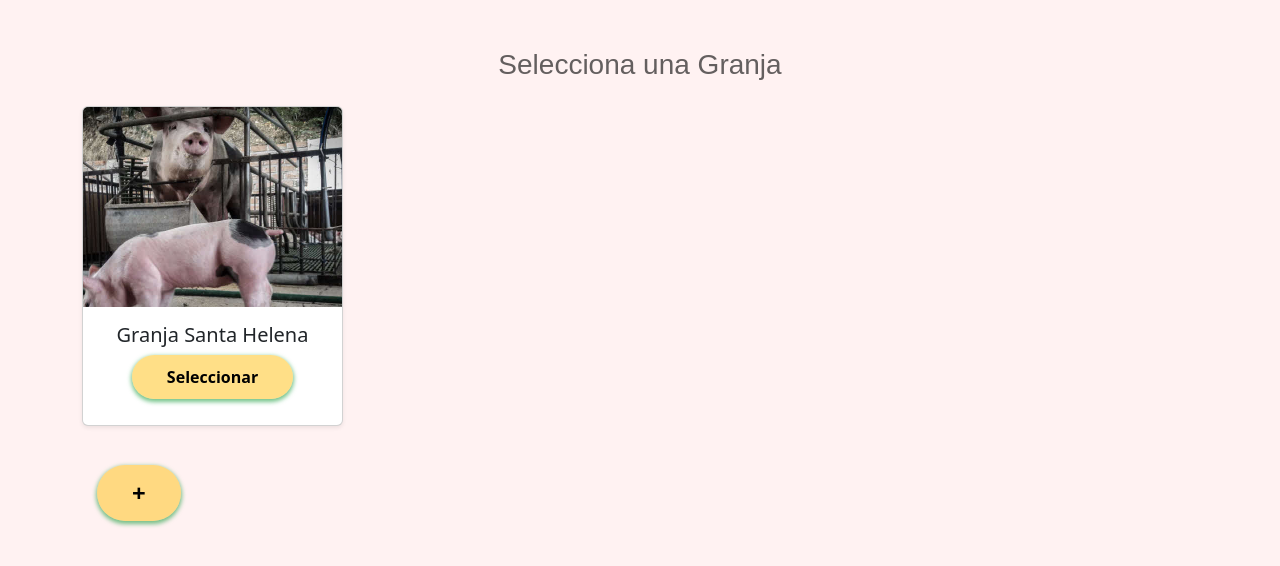
Repository: Mateojimenezz/Granja-Santa-Helena
Page: seleccionarGranja.html
An editor plug-in stored every save of this project. The page is shown before and after the next save, followed by the edit.
The browser window is 1280 px wide. The pictures show the whole page.
Some web fonts or font styles are not loaded; a fallback is used.

Above is the page before, as saved 2025-05-13 12:01:08.

### seleccionarGranja.html
<!DOCTYPE html>
<html lang="es">
<head>
    <meta charset="UTF-8">
    <meta name="viewport" content="width=device-width, initial-scale=1.0">
    <title>La Granja</title>
    <link href="https://cdn.jsdelivr.net/npm/bootstrap@5.3.3/dist/css/bootstrap.min.css" rel="stylesheet" integrity="sha384-QWTKZyjpPEjISv5WaRU9OFeRpok6YctnYmDr5pNlyT2bRjXh0JMhjY6hW+ALEwIH" crossorigin="anonymous">

    <link rel="stylesheet" href="./assets/css/seleccionarGranja.css">
    <link rel="stylesheet" href="https://cdn.jsdelivr.net/npm/bootstrap-icons@1.11.3/font/bootstrap-icons.min.css">
    <link href="https://fonts.googleapis.com/css2?family=Calistoga&display=swap" rel="stylesheet">

  </head>
<body>
    <div class="container mt-5">
        <h3 class="text-center mb-4">Selecciona una Granja</h3>

        <div class="row g-4" id="granjas-list">
            <!-- Primera granja fija -->
            <div class="col-md-3 " id="granjas-container">
                <div class="card shadow-sm">
                    <img src="./assets/img/granja2.jpg" class="card-img-top" alt="Santa Helena">
                    <div class="card-body text-center">
                        <h5 class="card-title">Granja Santa Helena</h5>
                        <button class="btn btn-form" onclick="seleccionarGranja('Santa Helena')">Seleccionar</button>
                    </div>
                </div>
                   <!-- Botón para ir a la página de agregar nueva granja -->
        <div class="text-center mt-4">
            <a href="agregarGranja.html" id="agregar-granja" class="btn btn-form"> + </a>
        </div>
            </div>

            <!-- Aquí se agregarán las granjas dinámicamente -->
        </div>


    </div>






  <!-- bootstrap JS -->
  <script src="https://cdn.jsdelivr.net/npm/bootstrap@5.3.3/dist/js/bootstrap.bundle.min.js" integrity="sha384-YvpcrYf0tY3lHB60NNkmXc5s9fDVZLESaAA55NDzOxhy9GkcIdslK1eN7N6jIeHz" crossorigin="anonymous"></script>
  <script src="./assets/js/seleccionarGranja.js"></script>




</body>

</html>

### assets/css/seleccionarGranja.css

@import "./variables.css";
body{
    background-color: var( --color-FondoDiv2);
}
.container h3 {
    text-align: center;
    margin-bottom: 20px;
    color: var(--color-TextoMenuLateral);
    font-family: var(--font-principal);
}
.granja-card {
    width: 150px;
    margin: 10px;
    padding: 10px;
    border: 1px solid #ccc;
    border-radius: 8px;
    text-align: center;
    box-shadow: 2px 2px 10px rgba(0,0,0,0.2);
}



.granja-card button {
    margin-top: 10px;
    background-color: #007bff;
    color: white;
    border: none;
    padding: 5px 10px;
    cursor: pointer;
    border-radius: 5px;
}
.card-img-top {
    width: 100%;
    height: 200px; /* Ajusta según el diseño */
    object-fit: cover; /* Recorta la imagen para que se ajuste sin deformarse */

}
.btn-form{
    background-color: var(  --color-Botones);
    padding: 10px 35px;
    margin-bottom: 10px;
    border: none;
    border-radius: 30px;
    color: black;
    font-weight: bold;
    box-shadow: 0 2px 4px 1px  rgba(25, 157, 60, 0.6) /* Sombra verde */

  }
  .btn-form:hover {
    background-color: #f4cf50; /* Tonalidad más oscura */
    color: black;
  }
  .btn-form:active {
    background-color:var(--color-principal)!important;
    color: white !important;
    box-shadow: none !important;
  }
#granjas-container {
    display: flex;
    flex-wrap: wrap; /* Las tarjetas se acomodan automáticamente */
    align-items: flex-start; /* Mantiene la alineación superior */
    gap: 15px; /* Espaciado entre tarjetas */
}

/* 🔥 El botón se ajusta dinámicamente con JavaScript */
#agregar-granja {
    font-size: 24px;
    text-align: center;
    align-self: flex-start; /* Se mantiene alineado con las tarjetas */
    margin-left: 15px; /* Espaciado entre el botón y la última tarjeta */
}

### assets/js/seleccionarGranja.js
// ✅ Mostrar vista previa de imagen antes de guardarla
document.getElementById("imagen")?.addEventListener("change", function(event) {
    const file = event.target.files[0];
    const reader = new FileReader();

    reader.onload = function() {
        document.getElementById("preview").src = reader.result;
        document.getElementById("preview").style.display = "block";
    };

    if (file) {
        reader.readAsDataURL(file);
    }
});

// ✅ Guardar nueva granja y redirigir a `seleccionarGranja.html`
document.getElementById("form-granja")?.addEventListener("submit", function(event) {
    event.preventDefault();

    const nombreGranja = document.getElementById("nombre").value;
    const urlImagen = document.getElementById("preview").src;

    if (nombreGranja && urlImagen) {
        let granjas = JSON.parse(localStorage.getItem("granjas")) || [];
        granjas.push({ nombre: nombreGranja, imagen: urlImagen });
        localStorage.setItem("granjas", JSON.stringify(granjas));

        alert("Granja agregada correctamente!");

        window.location.href = "seleccionarGranja.html"; // Redirigir
    }
});

// ✅ Cargar las granjas guardadas en `seleccionarGranja.html`
document.addEventListener("DOMContentLoaded", function() {
    const listaGranjas = document.getElementById("granjas-list");
    let granjas = JSON.parse(localStorage.getItem("granjas")) || [];

    if (granjas.length === 0) {
        console.warn("No hay granjas en el localStorage.");
    }

    granjas.forEach(granja => {
        const nuevaGranja = document.createElement("div");
        nuevaGranja.classList.add("col-md-3");

        nuevaGranja.innerHTML = `
            <div class="card shadow-sm">
                <img src="${granja.imagen}" class="card-img-top" alt="Imagen de ${granja.nombre}">
                <div class="card-body text-center">
                    <h5 class="card-title">${granja.nombre}</h5>
                    <button class="btn btn-form" onclick="seleccionarGranja('${granja.nombre}')">Seleccionar</button>
                </div>
            </div>
        `;

        listaGranjas.appendChild(nuevaGranja);
    });
});

function seleccionarGranja(nombre) {
    alert(`Has seleccionado la granja: ${nombre}`);
    localStorage.setItem("granjaSeleccionada", nombre);
    window.location.href = "dashboard.html"; // Redirigir a la vista de la granja
}

// ✅ Guardar la granja seleccionada y redirigir a `inicio.html`
function seleccionarGranja(nombre) {
    localStorage.setItem("granjaSeleccionada", nombre);
    window.location.href = "paginaDeInicio.html"; // Redirigir a la página principal
}

### assets/css/variables.css
/* variables.css */
:root {
    --color-principal: #1CAD48 ;
    --color-Botones: rgba(255, 187, 0, 0.47);
    --color-texto: white;
    --color-fondo: #f5f5f5;
    --font-principal: 'calistoga','arial';
    --color-fondoDiv: #F8E91C;
    --color-FondoDiv2:#FFF2F2;
    --color-Footter: #D9D9D9;
    --letra-gris: #B0B0B7;
    --color-menu-lateral:#BDEAAD;
    --color-TextoMenuLateral:#645f5f; /* Color de texto del menú lateral */
    --fondo-formularios:#FFFFFF; /* Color de fondo de los formularios */
  }

After the next save:
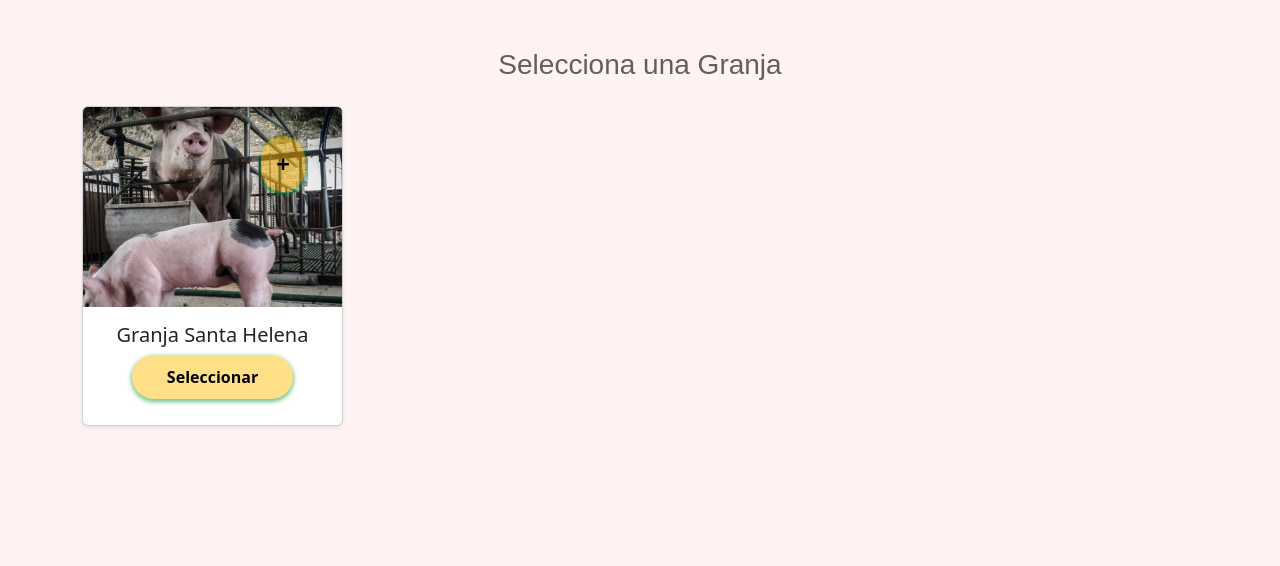
Saved 11 s later.
--- a/assets/css/seleccionarGranja.css
+++ b/assets/css/seleccionarGranja.css
@@ -56,17 +56,18 @@ body{
     color: white !important;
     box-shadow: none !important;
   }
+
 #granjas-container {
+    position: relative; /* Habilita posicionamiento dentro del contenedor */
     display: flex;
-    flex-wrap: wrap; /* Las tarjetas se acomodan automáticamente */
-    align-items: flex-start; /* Mantiene la alineación superior */
-    gap: 15px; /* Espaciado entre tarjetas */
+
 }
 
-/* 🔥 El botón se ajusta dinámicamente con JavaScript */
 #agregar-granja {
+    position: absolute;
+    top: 30px; /* Ajusta la distancia desde arriba */
+    right: 50px; /* Ajusta la distancia desde la derecha */
+    z-index: 100; /* Asegura que el botón esté por encima de otros elementos */
+    padding: 10px 15px;
     font-size: 24px;
-    text-align: center;
-    align-self: flex-start; /* Se mantiene alineado con las tarjetas */
-    margin-left: 15px; /* Espaciado entre el botón y la última tarjeta */
 }
